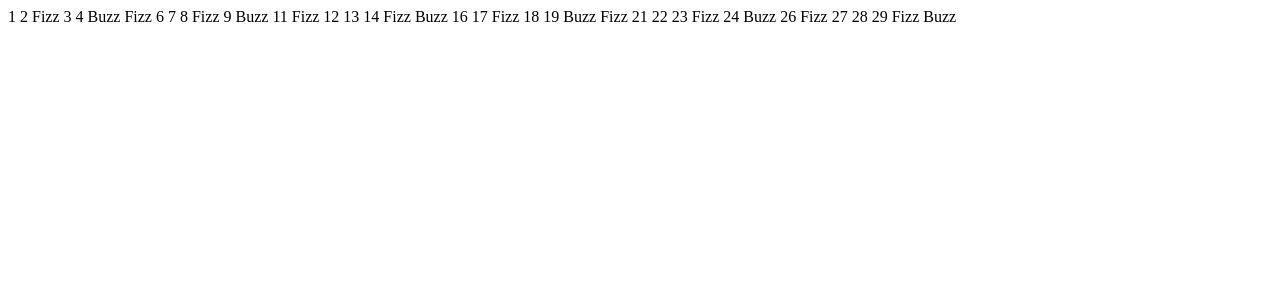
Repository: Ryutaro26/samurai-lp
Page: http://localhost/for.php
The author's editor kept a record of every edit. The page is drawn from the files as they stood at one moment, then again after the next edit.
The browser window is 1280 px wide. The pictures show the whole page.
The page is run by PHP 8.4 with error messages shown; the project is at /var/www/html/.

Above is the page before.

After the next edit:
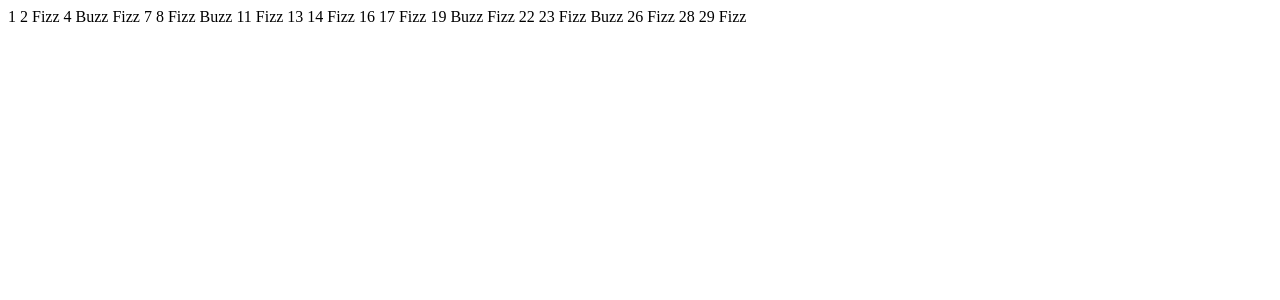
The edit:
--- a/for.php
+++ b/for.php
@@ -2,8 +2,7 @@
 for($i = 1; $i <= 30; $i++) {
     if($i % 3 == 0){
         print("Fizz"."\n");
-    }
-    if($i % 5 == 0){
+    }elseif($i % 5 == 0){
          print("Buzz"."\n");
     }
     else {
